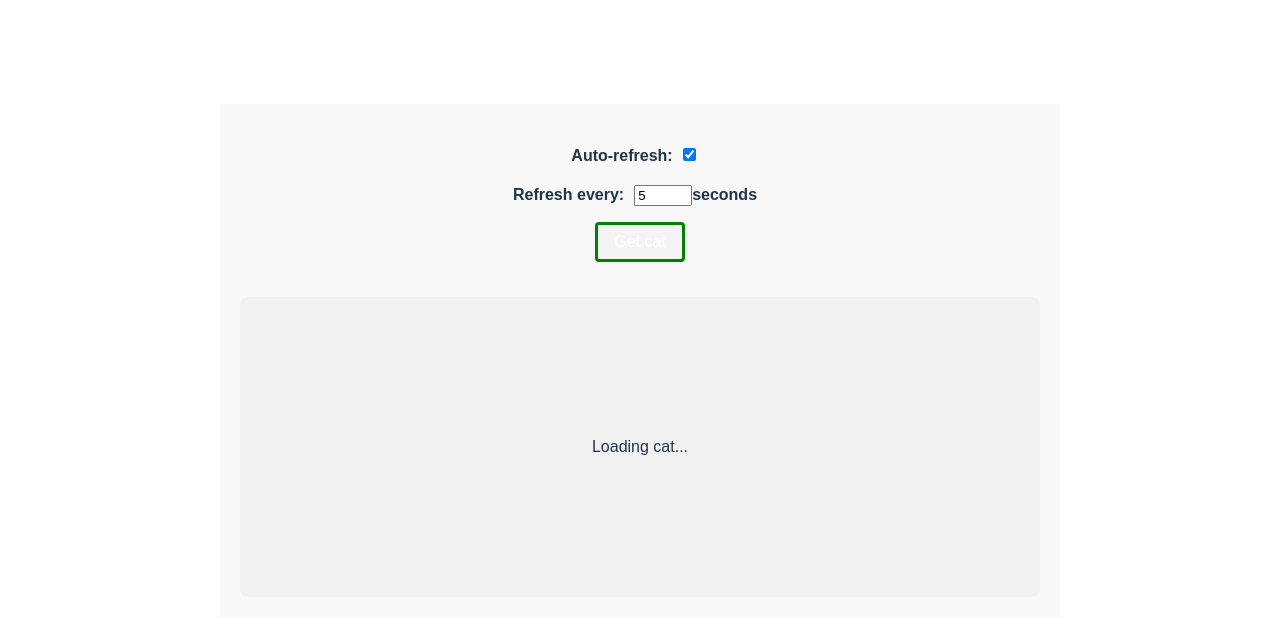
Repository: Pharaoh5/test-assignment5
Page: /
An editor plug-in stored every save of this project. The page is shown before and after the next save, followed by the edit.
The browser window is 1280 px wide. The pictures show the whole page.
The page's requests for data from a server got no answer. The project was rebuilt for these pictures with package versions that can differ from the ones it lists, and the page was loaded fresh each time. No one was signed in, and anything a server would have sent is missing. Also part of the build but not shown: vite.config.ts.

Above is the page before, as saved 2025-04-08 19:22:43.

### index.html
<!doctype html>
<html lang="en">
  <head>
    <meta charset="UTF-8" />
    <link rel="icon" type="image/svg+xml" href="/vite.svg" />
    <meta name="viewport" content="width=device-width, initial-scale=1.0" />
    <title>Vite + React + TS</title>
  </head>
  <body>
    <div id="root" style="width: 100%;"></div>
    <script type="module" src="/src/main.tsx"></script>
  </body>
</html>

### src/App.tsx
import { useState, useEffect } from 'react';
import styled from 'styled-components';
import CatImage from './components/CatImage';
import Controls from './components/Controls';

const AppContainer = styled.div`
  background-color: #f8f8f8;
  font-family: Arial, sans-serif;
  max-width: 800px;
  margin: 0 auto;
  padding: 20px;
  text-align: center;
`;

const App = () => {
  const [catImage, setCatImage] = useState(null);
  const [autoRefresh, setAutoRefresh] = useState(true);
  const [refreshInterval, setRefreshInterval] = useState(5);

  const fetchCat = async () => {
    try {
      const response = await fetch('https://api.thecatapi.com/v1/images/search');
      const data = await response.json();
      setCatImage(data[0].url);
    } catch (error) {
      console.error('Error fetching cat:', error);
    }
  };

  useEffect(() => {
    fetchCat();
  }, []);

  useEffect(() => {
    let intervalId: number;
    if (autoRefresh) {
      intervalId = setInterval(fetchCat, refreshInterval * 1000);
    }
    return () => {
      if (intervalId) clearInterval(intervalId);
    };
  }, [autoRefresh, refreshInterval]);

  return (
    <AppContainer>
      <Controls
      autoRefresh={autoRefresh}
      refreshInterval={refreshInterval}
      onToggleAutoRefresh={() => setAutoRefresh(!autoRefresh)}
      onRefreshIntervalChange={(e: React.ChangeEvent<HTMLInputElement>) => setRefreshInterval(Number(e.target.value))}
      onManualRefresh={fetchCat}
      />
      <CatImage imageUrl={catImage as string | null} />
    </AppContainer>
  );
};

export default App;

### src/components/CatImage.tsx
import styled from 'styled-components';

const ImageContainer = styled.div`
`;

const CatImg = styled.img`
  max-width: 100%;
  max-height: 500px;
  border-radius: 8px;
  box-shadow: 0 2px 4px rgba(0, 0, 0, 0.1);
`;

const Placeholder = styled.div`
  width: 100%;
  height: 300px;
  background-color: #f0f0f0;
  display: flex;
  align-items: center;
  justify-content: center;
  border-radius: 8px;
`;

interface CatImageProps {
    imageUrl?: string | null;
  }

const CatImage = ({ imageUrl }: CatImageProps) => {
  return (
    <ImageContainer>
      {imageUrl ? (
        <CatImg src={imageUrl} alt="Random cat" />
      ) : (
        <Placeholder>Loading cat...</Placeholder>
      )}
    </ImageContainer>
  );
};

export default CatImage;

### src/components/Controls.tsx
import styled from 'styled-components';

const ControlsContainer = styled.div`
  padding: 20px;
  border-radius: 8px;
`;

const ControlGroup = styled.div`
  margin-bottom: 15px;
`;

const Label = styled.label`
  margin-right: 10px;
  font-weight: bold;
`;

const Button = styled.button`
  padding: 8px 16px;
  background-color: #f4f4f4;
  color: white;
  border: none;
  border-radius: 4px;
  cursor: pointer;
  font-size: 16px;
  border: solid green;

  &:hover {
    background-color:rgb(24, 24, 24);
  }
`;

interface ControlsProps {
  autoRefresh: boolean;
  refreshInterval: number;
  onToggleAutoRefresh: (event: React.ChangeEvent<HTMLInputElement>) => void;
  onRefreshIntervalChange: (event: React.ChangeEvent<HTMLInputElement>) => void;
  onManualRefresh: () => void;
}

const Controls: React.FC<ControlsProps> = ({
  autoRefresh,
  refreshInterval,
  onToggleAutoRefresh,
  onRefreshIntervalChange,
  onManualRefresh
}) => {
  return (
    <ControlsContainer>
      <ControlGroup>
        <Label>
          Auto-refresh:
          <input
            type="checkbox"
            checked={autoRefresh}
            onChange={onToggleAutoRefresh}
            style={{ marginLeft: '10px' }}
          />
        </Label>
      </ControlGroup>

      {autoRefresh && (
        <ControlGroup>
          <Label>
            Refresh every:
            <input
              type="number"
              min="1"
              max="60"
              value={refreshInterval}
              onChange={onRefreshIntervalChange}
              style={{ marginLeft: '10px', width: '50px' }}
            />
            seconds
          </Label>
        </ControlGroup>
      )}

      <ControlGroup>
        <Button onClick={onManualRefresh}>Get cat</Button>
      </ControlGroup>
    </ControlsContainer>
  );
};

export default Controls;

Loaded but not shown: src/main.tsx (common file); src/index.css (common file)

After the next save:
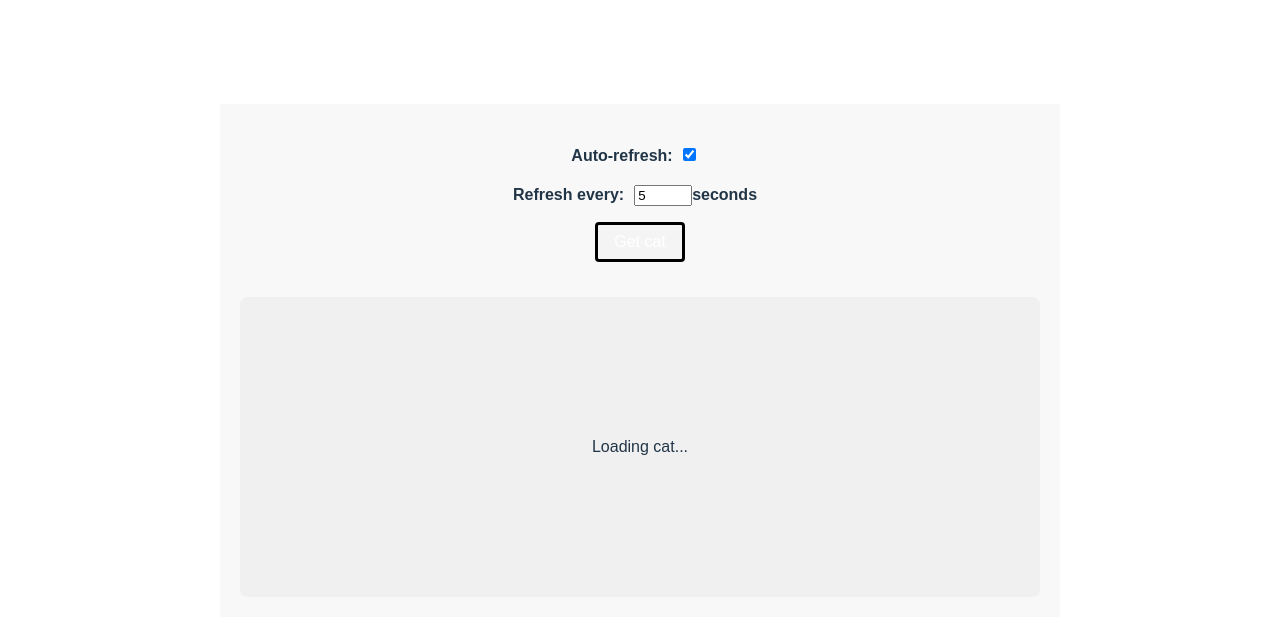
Saved 7 s later.
--- a/src/components/Controls.tsx
+++ b/src/components/Controls.tsx
@@ -22,7 +22,7 @@ const Button = styled.button`
   border-radius: 4px;
   cursor: pointer;
   font-size: 16px;
-  border: solid green;
+  border: solid black;
 
   &:hover {
     background-color:rgb(24, 24, 24);
